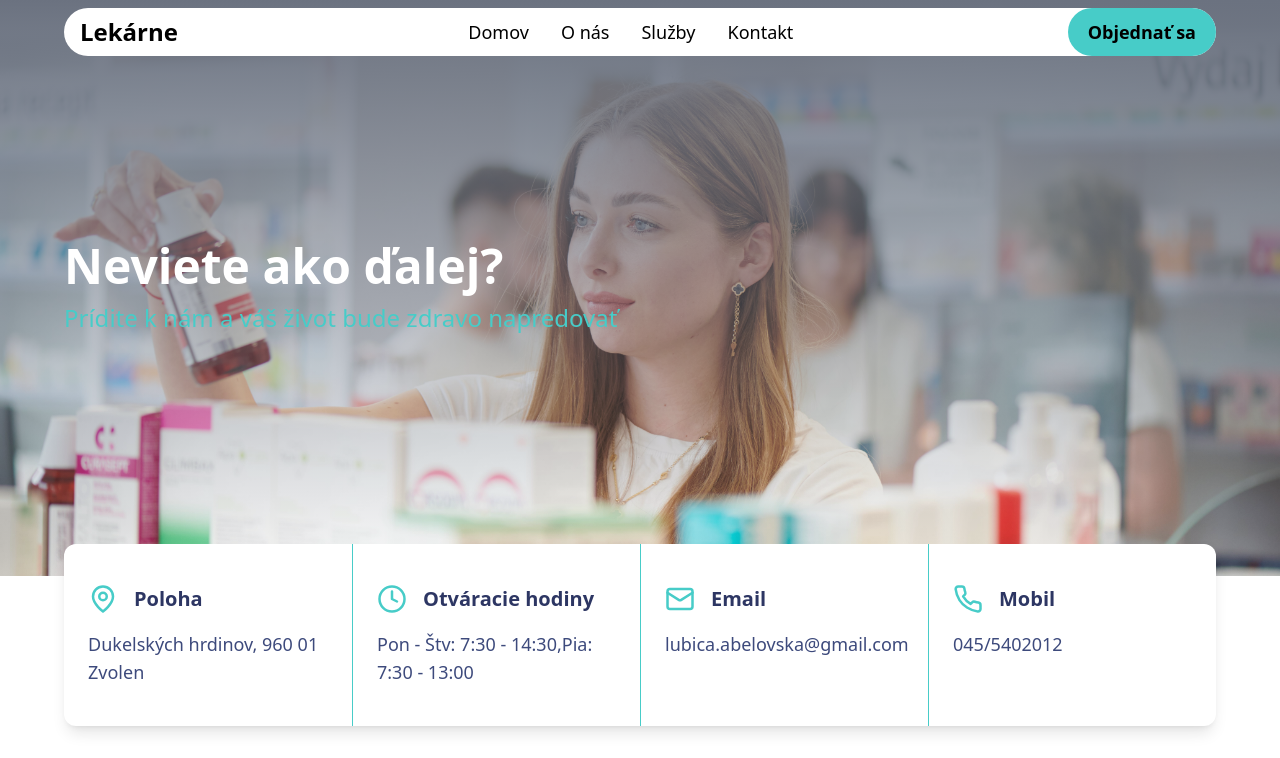
Repository: SimonSkoda13/Lekaren
Page: /
The author's editor kept a copy of each file at every save. The page is drawn from the files as they stood at one save, then again after the next save.
The browser window is 1280 px wide. The pictures show the whole page.
The project was rebuilt for these pictures with package versions that can differ from the ones it lists, and the page was loaded fresh each time. The framework's server and built-in components were replaced by stand-ins that run in the browser. Also part of the build but not shown: next.config.js.

Above is the page before, as saved 2023-04-22 18:54:56.

### src/app/layout.tsx
import { Header } from "./components/Header/Header";
import "./globals.css";
import { Poppins } from "next/font/google";

export const metadata = {
  title: "Create Next App",
  description: "Generated by create next app",
};

export default function RootLayout({
  children,
}: {
  children: React.ReactNode;
}) {
  return (
    <html lang="en">
      <body className="bg-white min-h-[100vh]">
        <Header />
        <main>{children}</main>
        <footer></footer>
      </body>
    </html>
  );
}

### src/app/page.tsx
import Image from "next/image";
import { Inter } from "next/font/google";
import { HomeHero } from "./components/HomeHero/HomeHero";
import { Contact } from "./components/Contact/Contact";
import { Phone, MapPin, Clock4, Mail } from "lucide-react";

const inter = Inter({ subsets: ["latin"] });

// page with

export default function Home() {
  return (
    <>
      <HomeHero
        title={"Neviete ako ďalej?"}
        image={"/homeBanner.jpg"}
        description={"Prídite k nám a váš život bude zdravo napredovať"}
      />
      <Contact
        items={[
          {
            title: "Poloha",
            link: "https://goo.gl/maps/L5p9gij7kJ6iXfnA9",
            description: "Dukelských hrdinov, 960 01 Zvolen",
            icon: <MapPin size={30} className="stroke-primary" />,
          },
          {
            title: "Otváracie hodiny",
            link: "https://goo.gl/maps/L5p9gij7kJ6iXfnA9",
            description: "Pon - Štv:  7:30 - 14:30,Pia: 7:30 - 13:00",
            icon: <Clock4 size={30} className="stroke-primary" />,
          },
          {
            title: "Email",
            link: "mailto:lubica.abelovska@gmail.com",
            description: "lubica.abelovska@gmail.com",
            icon: <Mail size={30} className="stroke-primary" />,
          },
          {
            title: "Mobil",
            description: "045/5402012",
            link: "tel:045/5402012",
            icon: <Phone size={30} className="stroke-primary" />,
          },
        ]}
      />
    </>
  );
}

### src/app/components/Header/Header.tsx
import Link from "next/link";
import React from "react";

export interface HeaderProps {}

export const Header = (props: HeaderProps) => {
  const {} = props;
  return (
    <header className="cntn fixed w-full top-2 z-10">
      <div className="flex bg-white rounded-full">
        <h1 className="py-2 px-4 text-2xl font-bold">Lekárne</h1>
        <div className="py-2 px-4 flex gap-8 items-center mx-auto text-lg font-medium">
          <Link href="/">Domov</Link>
          <Link href="/onas">O nás</Link>
          <Link href="/sluzby">Služby</Link>
          <Link href="/kontakt">Kontakt</Link>
        </div>
        {/* button order self */}
        <div className="flex justify-center items-center px-5 p-0 bg-primary rounded-full text-lg font-bold">
          <Link href="/order">Objednať sa</Link>
        </div>
      </div>
    </header>
  );
};

### src/app/globals.css
@tailwind base;
@tailwind components;
@tailwind utilities;

@layer components {
  .cntn {
    @apply mx-auto px-4  max-w-screen-xl md:px-16;
  }
}

### src/app/components/HomeHero/HomeHero.tsx
import Image from "next/image";
import React from "react";
import { ImageGradient } from "./ImageGradient/ImageGradient";

export interface HomeHeroProps {
  title: string;
  image: string;
  description: string;
}

export const HomeHero = (props: HomeHeroProps) => {
  const { title, image, description } = props;
  return (
    <section className="relative h-[80vh] z-0 px-0">
      <div className="w-full h-full absolute left-0 top-0 ">
        {/* make filter for image to odd brightness from top biggest to bottom lowest */}
        <ImageGradient>
          <Image
            src={image}
            alt="Next.js logo"
            fill
            style={{
              objectFit: "cover",
              objectPosition: "center",
            }}
          />
        </ImageGradient>
      </div>
      <div className="cntn relative gap-3 h-full flex justify-center flex-wrap flex-col z-10">
        <h1 className="text-5xl font-bold text-white">{title}</h1>
        <p className="text-2xl text-primary">{description}</p>
      </div>
    </section>
  );
};

### src/app/components/Contact/Contact.tsx
import { Phone } from "lucide-react";
import { Url } from "next/dist/shared/lib/router/router";
import Image from "next/image";
import Link from "next/link";
import React, { ReactNode } from "react";

export interface ContactProps {
  items?: {
    title: string;
    description: string;
    icon: ReactNode;
    link?: string;
  }[];
}

export const Contact = (props: ContactProps) => {
  const { items } = props;
  return (
    <section className="cntn z-10 relative top-[-2rem]">
      <div className="w-full h-full grid grid-cols-2 md:grid-cols-4 items-start bg-white rounded-xl shadow-lg divide-x divide-primary">
        {items?.map((item) => (
          <Link href={item?.link as Url} className="h-full">
            <div className="flex flex-col items-start gap-4 p-6 py-10">
              <div className="flex w-full flex-row gap-4 items-center">
                {item.icon}
                <h2 className="text-xl font-bold text-secondary">
                  {item.title}
                </h2>
              </div>
              <p className="text-lg font-medium text-secondary-light">
                {item.description}
              </p>
            </div>
          </Link>
        ))}
      </div>
    </section>
  );
};

### src/app/components/HomeHero/ImageGradient/ImageGradient.tsx
import React from "react";

export interface ImageGradientProps {
  children: React.ReactNode;
}

export const ImageGradient = (props: ImageGradientProps) => {
  const { children } = props;
  return (
    <div className="relative w-full h-full overflow-hidden z-10">
      <div className="absolute inset-0 z-10 bg-gradient-to-b from-gray-500"></div>
      {children}
    </div>
  );
};

### tailwind.config.js
/** @type {import('tailwindcss').Config} */
module.exports = {
  content: [
    "./src/pages/**/*.{js,ts,jsx,tsx,mdx}",
    "./src/components/**/*.{js,ts,jsx,tsx,mdx}",
    "./src/app/**/*.{js,ts,jsx,tsx,mdx}",
  ],
  theme: {
    extend: {
      colors: {
        primary: "#47CCC8",
        secondary: "#2D3663",
        "secondary-light": "#3D4A7C",
      },
    },
  },
  plugins: [],
};

After the next save:
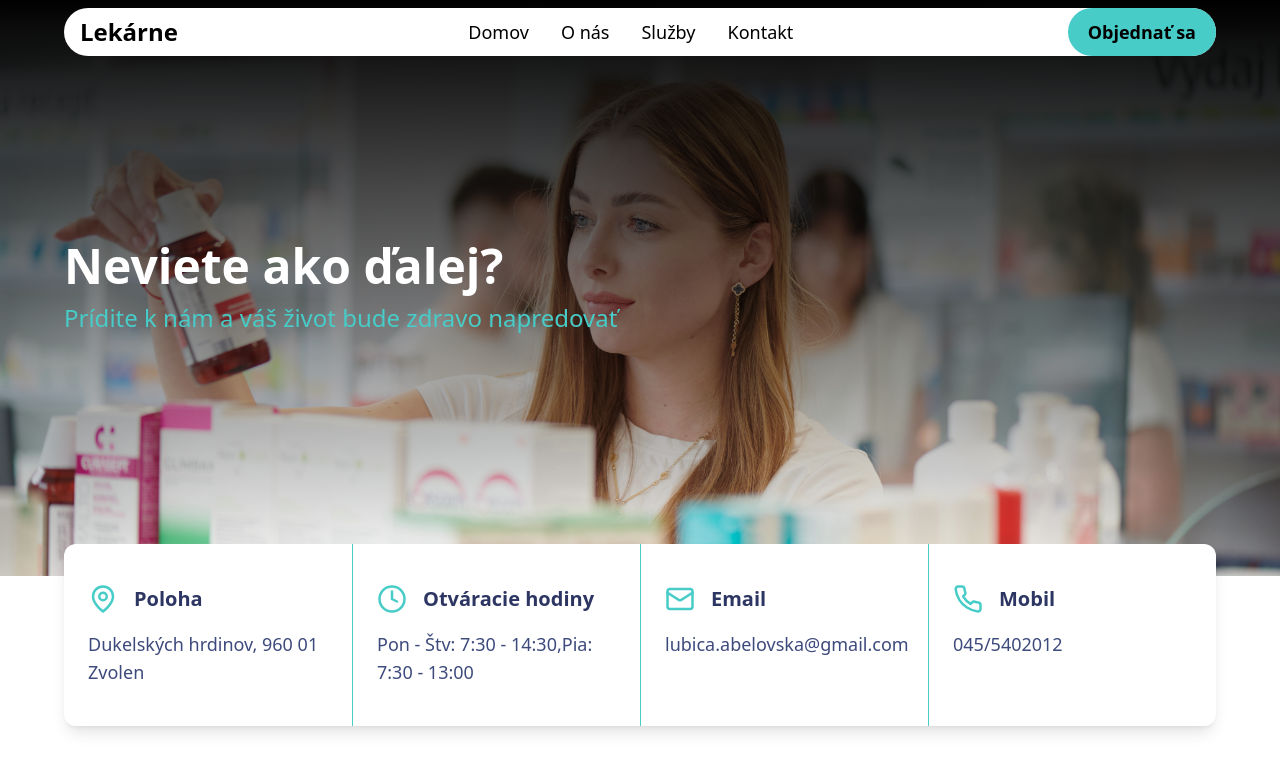
Saved 57 s later.
--- a/src/app/components/HomeHero/ImageGradient/ImageGradient.tsx
+++ b/src/app/components/HomeHero/ImageGradient/ImageGradient.tsx
@@ -8,7 +8,7 @@ export const ImageGradient = (props: ImageGradientProps) => {
   const { children } = props;
   return (
     <div className="relative w-full h-full overflow-hidden z-10">
-      <div className="absolute inset-0 z-10 bg-gradient-to-b from-gray-500"></div>
+      <div className="absolute inset-0 z-10 bg-gradient-to-b from-black"></div>
       {children}
     </div>
   );
